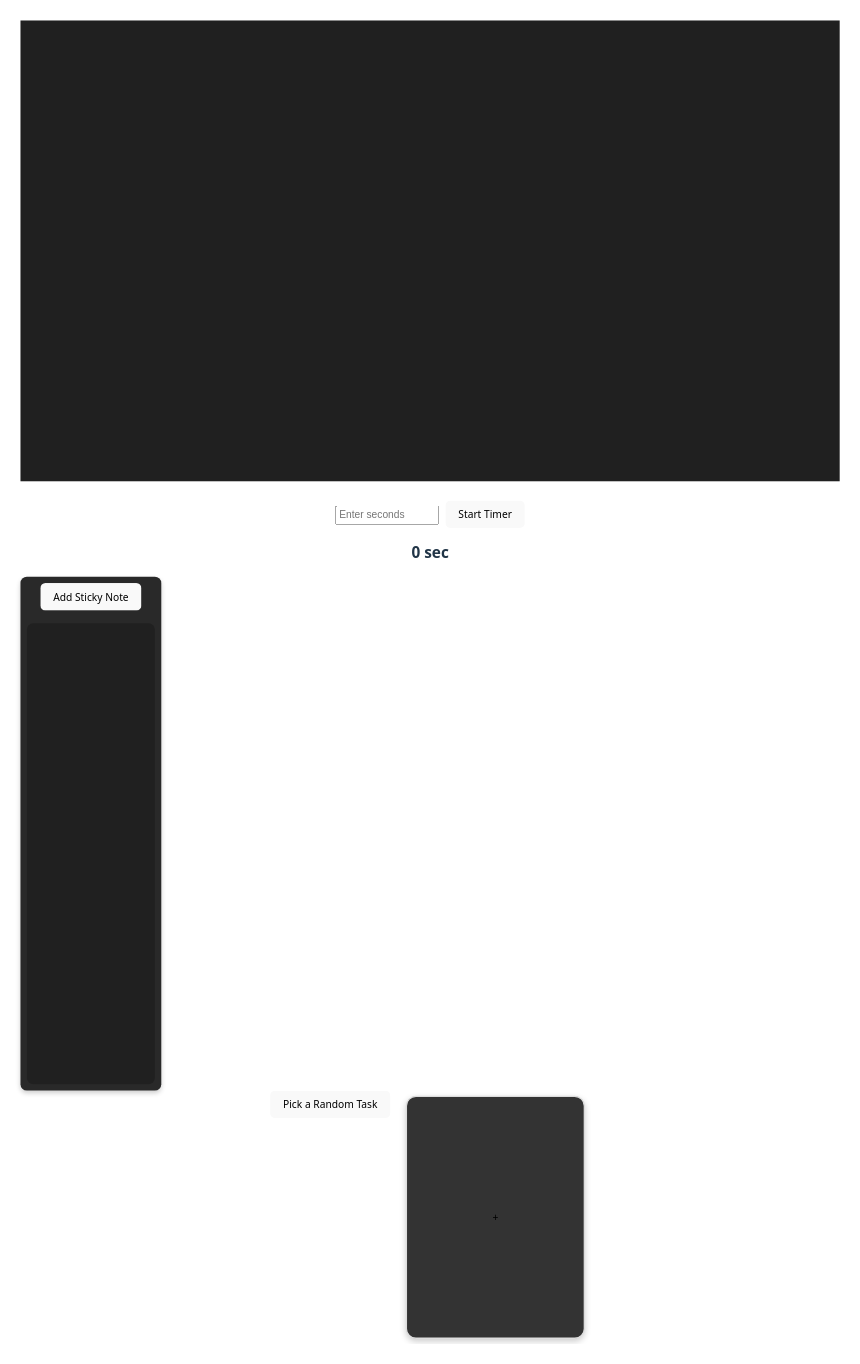
Repository: RamSivaSundaraKarthykeyan/Cards-Task
Page: /
These files come from the project's save history. The page is drawn as it stood at one moment and after the next save; the edit follows.
The browser window is 1280 px wide. The page is 1344 px wide, so the pictures cover 1344 px, including what lies to the right of the window. The pictures show the whole page, at 64% of full size.
The project was rebuilt for these pictures with package versions that can differ from the ones it lists, and the page was loaded fresh each time. Also part of the build but not shown: vite.config.js, src/CSS/checkBox.css, src/components/CheckBox.jsx, src/CSS/TaskCard.css, src/components/TaskCard.jsx.

Above is the page before, as saved 2025-04-16 19:46:46.

After the next save:
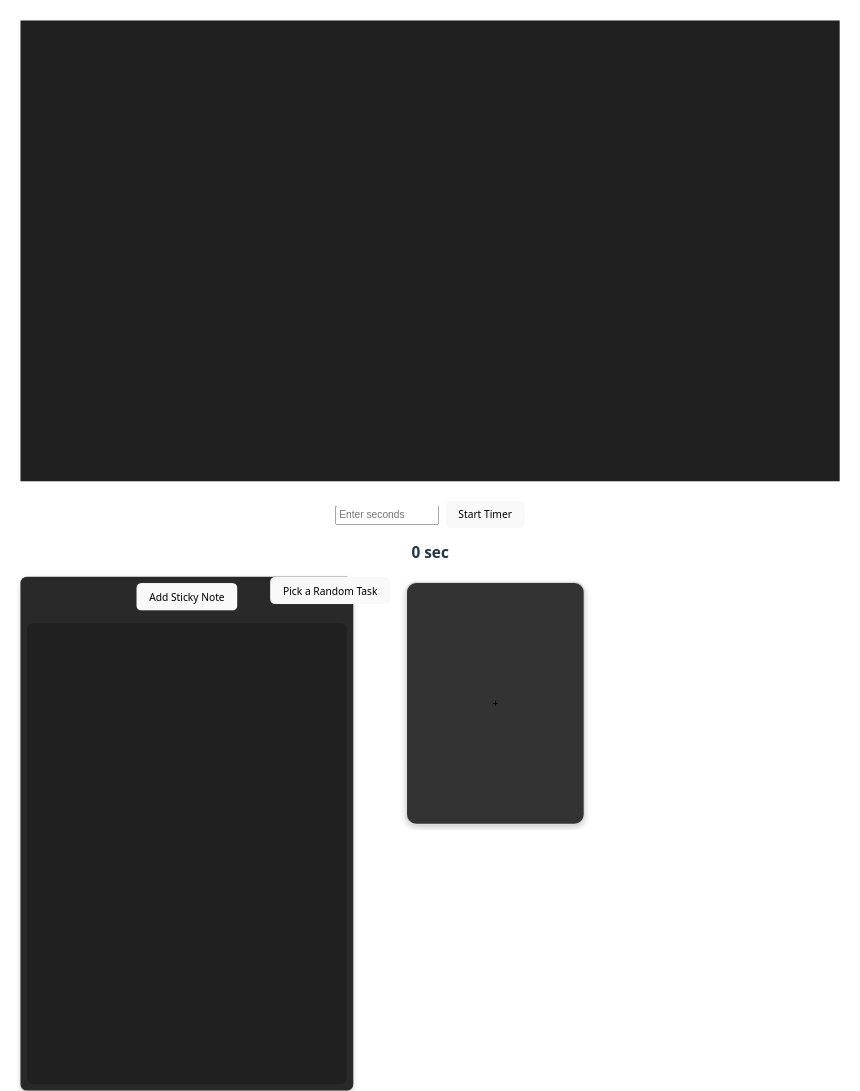
Saved 46 s later.
--- a/src/CSS/App.css
+++ b/src/CSS/App.css
@@ -60,9 +60,9 @@
 }
 
 .sticky-note {
-  position: relative;
+  position: absolute;
   /* Stays where you place it via top/left */
-  width: 200px;
+  width: 500px;
   /* Or any narrower size */
   min-height: 150px;
   background: #292929;
@@ -72,7 +72,6 @@
   cursor: move;
   user-select: none;
   border-radius: 10px;
-
 }
 
 .sticky-note textarea {
